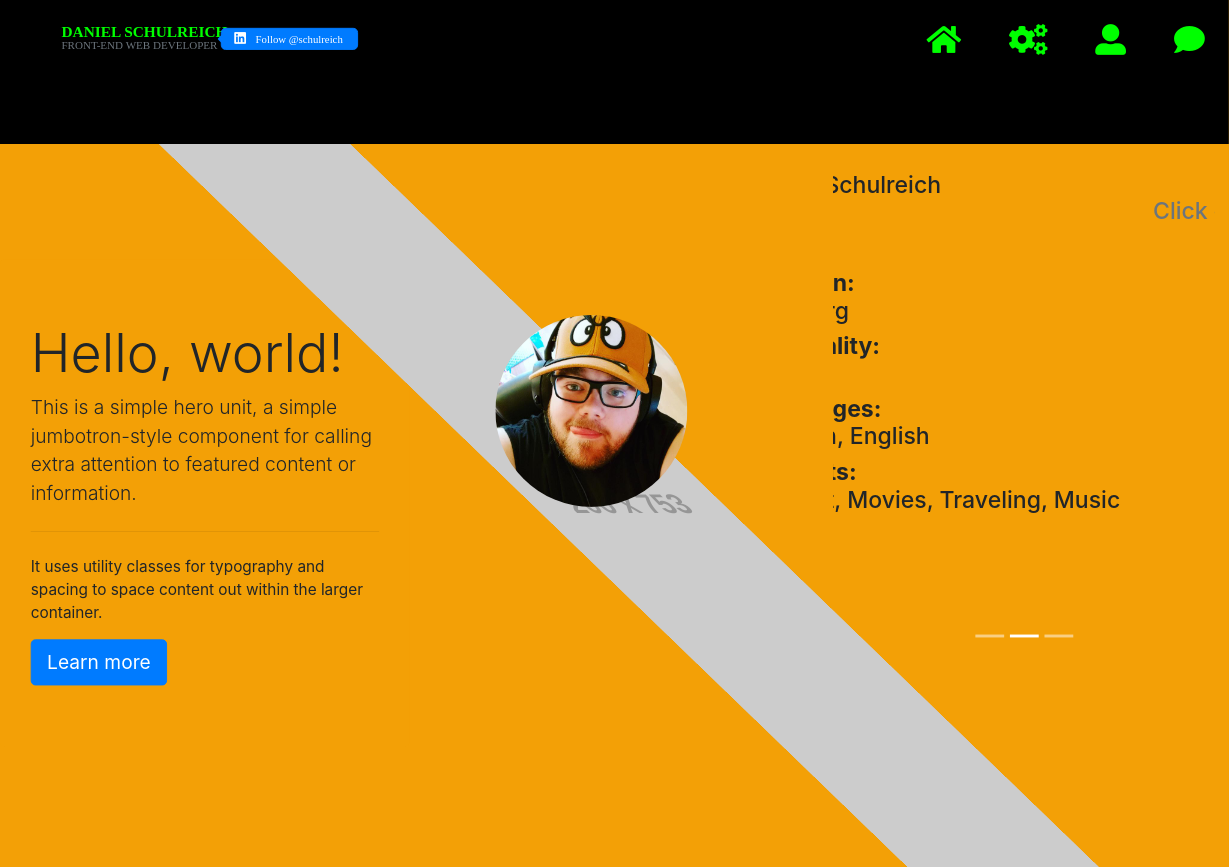
Repository: schulreich/my_portfolio
Page: portfolio.html
These files come from the project's save history. The page is drawn as it stood at one moment and after the next save; the edit follows.
The browser window is 1280 px wide. The pictures show the whole page, at 96% of full size.
Some web fonts or font styles are not loaded; a fallback is used. Some web libraries are served in a nearby version.

Above is the page before, as saved 2019-02-17 23:07:03.

After the next save:
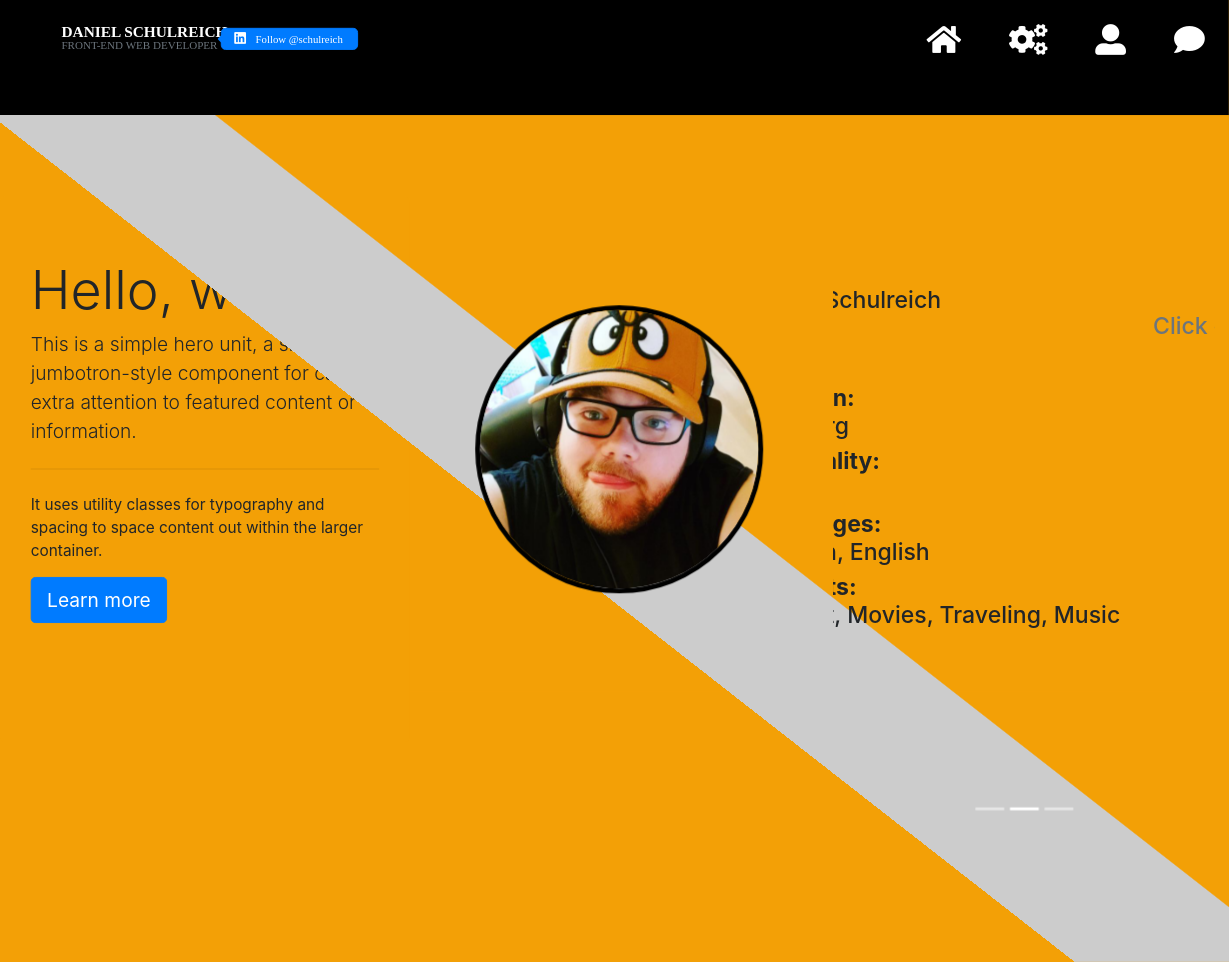
Saved 485 days later.
--- a/css/main.css
+++ b/css/main.css
@@ -1,25 +1,58 @@
 @import url("https://fonts.googleapis.com/css?family=Coda");
+@keyframes mymove {
+  0% {
+    left: 16%;
+  }
+  100% {
+    left: 25%;
+  }
+}
+@keyframes myskew {
+  0% {
+    transform: skew(52deg);
+  }
+  100% {
+    transform: skew(0deg);
+  }
+}
+@keyframes myfade {
+  0% {
+    opacity: 0;
+  }
+  25% {
+    opacity: 0;
+  }
+  50% {
+    opacity: 0.6;
+  }
+  75% {
+    opacity: 0.8;
+  }
+  100% {
+    opacity: 1;
+  }
+}
 body {
   background-color: #f3a006;
 }
 
 header {
   background-color: black;
-  height: 150px;
+  height: 120px;
   font-family: "Coda";
 }
 header .name {
   position: absolute;
   left: 5%;
   top: 3%;
-  color: lime;
+  color: white;
   font-weight: bolder;
 }
 header .title {
   position: absolute;
   top: 5%;
   left: 5%;
-  color: lime;
+  color: white;
   font-size: 0.9em;
 }
 header .follow {
@@ -38,7 +71,7 @@
   top: 18%;
 }
 header .nav-icon {
-  color: lime;
+  color: white;
 }
 header i {
   padding: 0 10px;
@@ -85,25 +118,76 @@
   color: lime;
 }
 
+.modal-img {
+  width: 600px;
+}
+
+.modal-align {
+  padding-left: 6rem;
+}
+
+.modal-header {
+  background-color: #f3a006;
+}
+
+.modal-body {
+  background-color: black;
+}
+
 .intro-section {
   background-color: #f3a006;
+  /*}
+  .rounded-circle:hover{
+      left: 25%;
+      transition: 2s left;
+  }*/
 }
 .intro-section .intro {
   background-color: #f3a006;
-  top: 120px;
+  top: 85px;
 }
 .intro-section .skew {
-  transform: skew(46deg);
+  transform: skew(52deg);
   position: absolute;
+  height: 147%;
   left: 30%;
-  transition: ease-in-out;
+  animation: myskew 2s 1 ease;
+  animation-fill-mode: forwards;
 }
 .intro-section .rounded-circle {
   position: absolute;
+  border: solid 5px black;
+  height: 300px;
+  width: 300px;
+  left: 16%;
+  top: 33%;
+  animation: mymove 2s 1 ease;
+  animation-fill-mode: forwards;
+}
+.intro-section .personal-information {
+  position: relative;
+  top: 150px;
+  animation: myfade 5s 1 ease;
+  transition-delay: 3s;
+}
+.intro-section .carousel-inner {
+  height: 600px;
+}
+.intro-section .skill-button {
+  width: 115px;
+}
+.intro-section .fa-html5 {
+  color: blue;
+}
+.intro-section .fa-css3-alt {
+  color: pink;
+}
+.intro-section .fa-sass {
+  color: violet;
+}
+.intro-section .thumbnail {
+  width: 200px;
   height: 200px;
-  width: 200px;
-  left: 21%;
-  top: 33%;
 }
 
 /*# sourceMappingURL=main.css.map */
